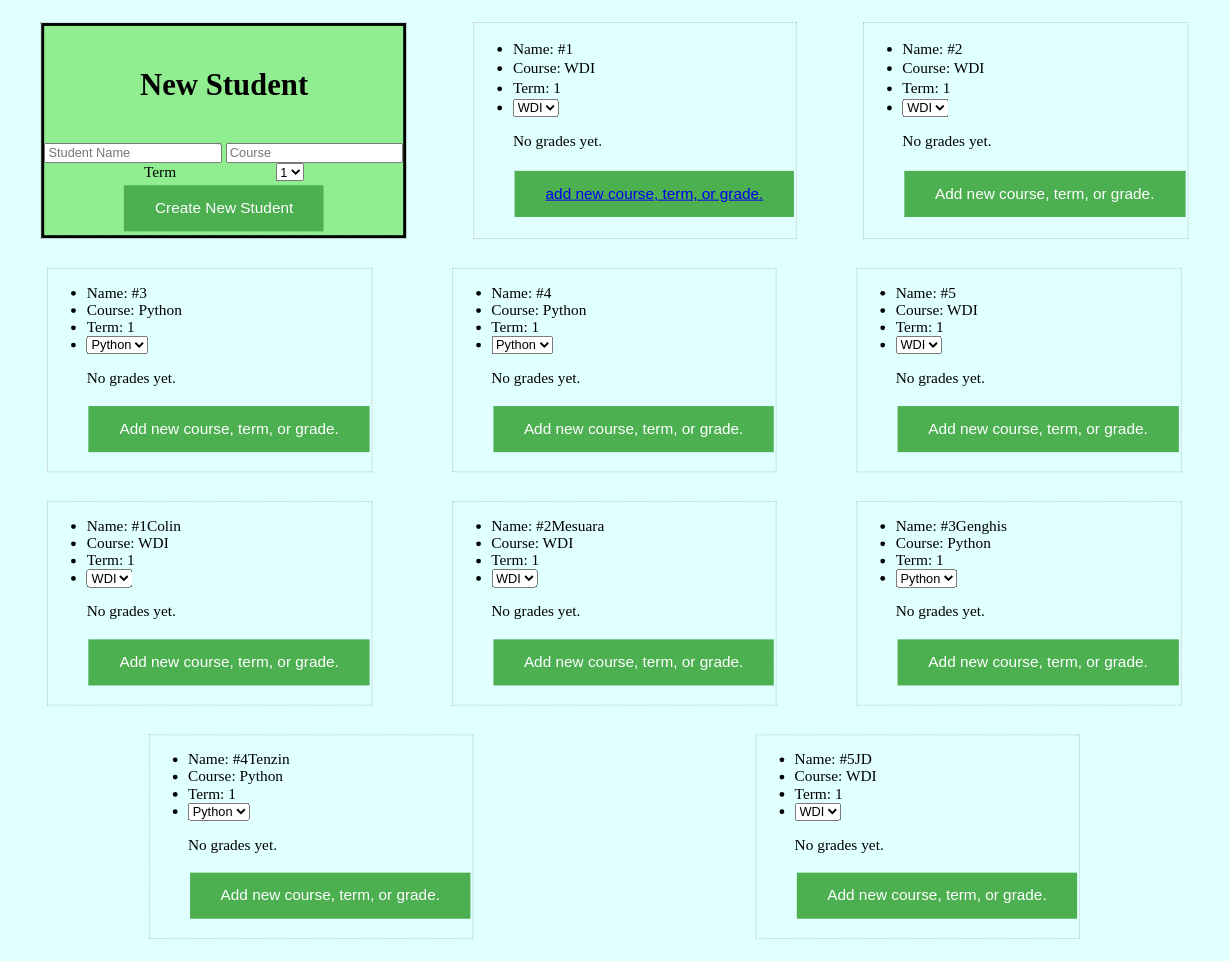
Repository: EdmontDantes/graderaide-ui
Page: index.html
These files come from the project's save history. The page is drawn as it stood at one moment and after the next save; the edit follows.
The browser window is 1280 px wide. The pictures show the whole page, at 96% of full size.

Above is the page before, as saved 2020-04-21 15:38:33.

### index.html
<html lang="en">
  <head>
    <title>Graderaide</title>
    <meta charset="UTF-8">
    <meta name="viewport" content="width=device-width, initial-scale=1">
    <link rel="stylesheet" type="text/css" href="style-index.css">
  </head>

  <body>
    <section class="app">
      <section class="student-display">

      <section class="new-student-input">
        <h1 id="text-h1-creation-section">New Student</h1>

        <div id="new-student-input-boxes">
          <!-- <label for="new-student-name">Student Name</label> -->
          <input id="new-student-name-input-box"type="text" class="new-student-name" name="new-student-name" placeholder="Student Name">
          <!-- <label for="new-student-course">Course</label> -->
          <input id="new-student-course-input-box" type="text" class="new-student-course" name="new-student-course" placeholder="Course">
        </div>

        <div id="new-student-input-options"
          <label for="new-student-term">Term</label>
          <select class="new-student-term" name="new-student-term">
            <option value="1">1</option>
            <option value="2">2</option>
            <option value="3">3</option>
          </select>
        </div>
        <section class="new-student-submit">
          <button type="submit" class="new-student-button">Create New Student</button>
        </section>
      </section>
    </section>

      <section class="student-display">
        <ul class="student-info">
          <li>Name: #1</li>
          <li>Course: WDI</li>
          <li>Term: 1</li>
          <li>
            <select class="course-selection">
              <option value="wdi">WDI</option>
            </select>
            <p>No grades yet.</p>
          </li><button><a href="add.html">add new course, term, or grade.</a></button>
        </ul>
      </section>
      <section class="student-display">
        <ul class="student-info">
          <li>Name: #2</li>
          <li>Course: WDI</li>
          <li>Term: 1</li>
          <li>
            <select class="course-selection">
              <option value="wdi">WDI</option>
            </select>
            <p>No grades yet.</p>
          </li><button>Add new course, term, or grade.</button>
        </ul>
      </section>

      <section class="student-display">
        <ul class="student-info">
          <li>Name: #3</li>
          <li>Course: Python</li>
          <li>Term: 1</li>
          <li>
            <select class="course-selection">
              <option value="python">Python</option>
            </select>
            <p>No grades yet.</p>
          </li><button>Add new course, term, or grade.</button>
        </ul>
      </section>

      <section class="student-display">
        <ul class="student-info">
          <li>Name: #4</li>
          <li>Course: Python</li>
          <li>Term: 1</li>
          <li>
            <select class="course-selection">
              <option value="python">Python</option>
            </select>
            <p>No grades yet.</p>
          </li><button>Add new course, term, or grade.</button>
        </ul>
      </section>

      <section class="student-display">
        <ul class="student-info">
          <li>Name: #5</li>
          <li>Course: WDI</li>
          <li>Term: 1</li>
          <li>
            <select class="course-selection">
              <option value="wdi">WDI</option>
            </select>
            <p>No grades yet.</p>
          </li><button>Add new course, term, or grade.</button>
        </ul>
      </section>

      <section class="student-display">
        <ul class="student-info">
          <li>Name: #1Colin</li>
          <li>Course: WDI</li>
          <li>Term: 1</li>
          <li>
            <select class="course-selection">
              <option value="wdi">WDI</option>
            </select>
            <p>No grades yet.</p>
          </li><button>Add new course, term, or grade.</button>
        </ul>
      </section>
      <section class="student-display">
        <ul class="student-info">
          <li>Name: #2Mesuara</li>
          <li>Course: WDI</li>
          <li>Term: 1</li>
          <li>
            <select class="course-selection">
              <option value="wdi">WDI</option>
            </select>
            <p>No grades yet.</p>
          </li><button>Add new course, term, or grade.</button>
        </ul>
      </section>

      <section class="student-display">
        <ul class="student-info">
          <li>Name: #3Genghis</li>
          <li>Course: Python</li>
          <li>Term: 1</li>
          <li>
            <select class="course-selection">
              <option value="python">Python</option>
            </select>
            <p>No grades yet.</p>
          </li><button>Add new course, term, or grade.</button>
        </ul>
      </section>

      <section class="student-display">
        <ul class="student-info">
          <li>Name: #4Tenzin</li>
          <li>Course: Python</li>
          <li>Term: 1</li>
          <li>
            <select class="course-selection">
              <option value="python">Python</option>
            </select>
            <p>No grades yet.</p>
          </li><button>Add new course, term, or grade.</button>
        </ul>
      </section>

      <section class="student-display">
        <ul class="student-info">
          <li>Name: #5JD</li>
          <li>Course: WDI</li>
          <li>Term: 1</li>
          <li>
            <select class="course-selection">
              <option value="wdi">WDI</option>
            </select>
            <p>No grades yet.</p>
          </li><button>Add new course, term, or grade.</button>
        </ul>
      </section>
      </section>
    </section>
  </body>
</html>

### style-index.css
@media (min-width: 601px) and (max-width: 1100px);
body {
    background-color: lightcyan;
    display: flex;
    flex-wrap: wrap;
    justify-content: center;
}

.app {
    display: flex;
    flex-direction: row;
    flex-wrap: wrap;
    justify-content: space-around;
}

#text-h1-creation-section {
    display: flex;
    flex-wrap: wrap;
    justify-content: center;
    font-size: 2em;
}

#new-student-input-options {
    display: flex;
    flex-wrap: wrap;
    flex-direction: row;
    justify-content: space-evenly;
}

.new-student-submit {
    display: flex;
    flex-wrap: wrap;
    justify-content: center;
}

.new-student-input {
    display: grid;

    background-color: lightgreen;
    border: 3px solid black;

}
button {
    background-color: #4CAF50; /* Green */
    border: none;
    color: white;
    padding: 15px 32px;
    text-align: center;
    text-decoration: none;
    display: inline-block;
    font-size: 16px;
    margin: 4px 2px;
    cursor: pointer;
}

.student-display {
    display: flex;
    justify-content: space-around;
    border: 1px dotted #BFC0C0;
    margin: 15px;
}

.student-info {
    display: flex;
    flex-direction: column;
    justify-content: space-evenly;
}

a {

}

After the next save:
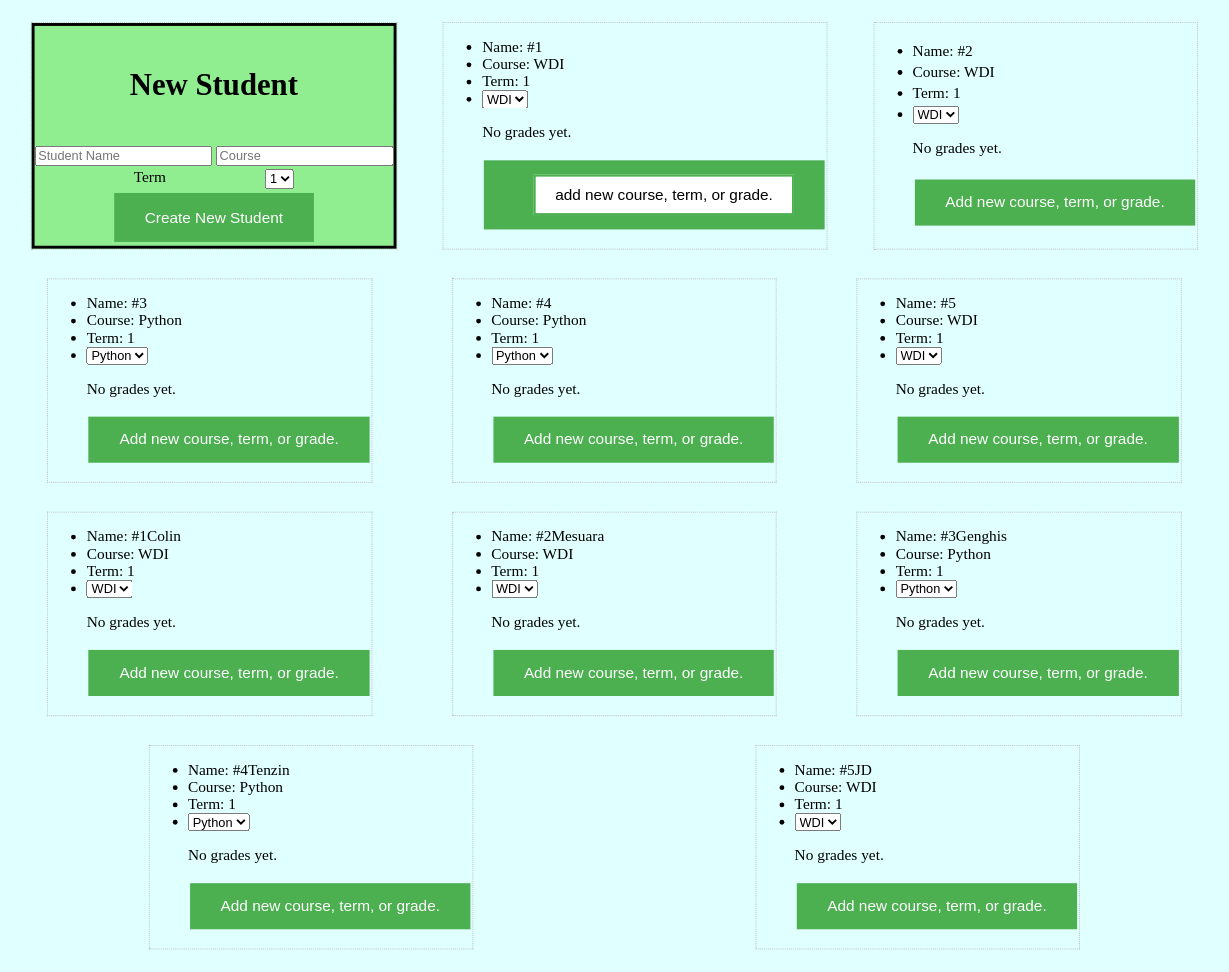
Saved 102 s later.
--- a/style-index.css
+++ b/style-index.css
@@ -67,5 +67,13 @@ button {
 }
 
 a {
-
+    background-color: white;
+    color: black;
+    border: 2px solid #4CAF50;
+    padding: 10px 20px;
+    text-align: center;
+    text-decoration: none;
+    display: inline-block;
+    font-size: 16px;
+    margin-left: 20px;
 }
